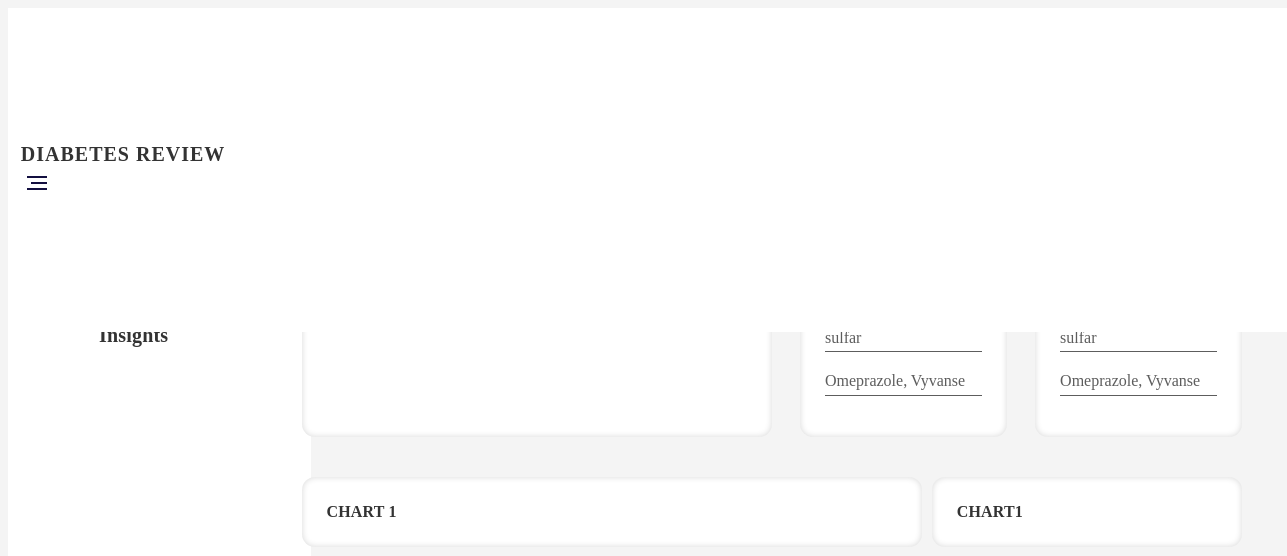
Repository: ariellecerini/clinical-reasoning
Page: /
The author's editor kept a copy of each file at every save. The page is drawn from the files as they stood at one save, then again after the next save.
The browser window is 1280 px wide. The page is 1287 px wide, so the pictures cover 1287 px, including what lies to the right of the window. The pictures show the whole page.
The project was rebuilt for these pictures with package versions that can differ from the ones it lists, and the page was loaded fresh each time.

Above is the page before, as saved 2021-07-19 00:14:33.

### src/App.vue
<template>

                <div class="page-container">
                    <div class="row">
                        <div class="col-3">
                        <side-panel v-bind="{showing: true, title: 'Diabetes Review'}" />
                        </div>
                        <div class="col-9 dashboard bodycontent">
                            <div class="row dashboard bodycontent top-bar" style="padding-bottom: 30px;">
                                <div>Patient: John Doe</div>
                                <div>Age: ##</div>
                                <div>Gender: ##</div>

                            </div>

                                <div class="row dashboard bodycontent" style="padding-bottom: 40px;">
                                    <div class="two-col">
                                        <profile-card :profile='data'/>
                                    </div>
                                     <div class="four-col">
                                        <info-module v-bind="{title: 'Chart 1', content: data}"/>
                                    </div>
                                     <div class="four-col">
                                        <info-module v-bind="{title: 'Chart 1', content: data}"/>
                                    </div>


                                </div>
                                <div class="row dashboard bodycontent">
                                    <div style="width: 66%; padding: 0;">
                                        <info-module v-bind="{title: 'Chart 1'}"/>
                                    </div>
                                    <div style="width: 33%;">
                                        <info-module v-bind="{title: 'Chart1'}"/>
                                    </div>
                                </div>
                        </div>
                    </div>
                </div>

</template>

<script>
import './stories/Dashboard/dashboard.css';
import './stories/style-tokens.css';
import SidePanel from './stories/Dashboard/Menu/SidePanel/SidePanel.vue'
import InfoModule from './stories/Dashboard/Components/InfoModule/InfoModule.vue';
import ProfileCard from './stories/Dashboard/Components/ProfileCard/ProfileCard.vue';
import './assets/bootstrap-4.1.3-dist/css/bootstrap-grid.min.css';
import profileData from "./assets/profileData.json";
import sampleData from "./assets/sampleData.json";

export default {
    name: "dashboard-layout",
    components: {
    InfoModule,
    SidePanel,
    ProfileCard
  },

    props:{
        title: String
    },
   data(){

        return{
            data: profileData,
            sample: sampleData
        }
      }

}
</script>

<style scoped>
.page-container{
    width: 100%;
    padding: 0;
    margin: 0;
    display:flexbox;
    justify-content: space-between;
}

.row.dashboard.bodycontent{
    width: 100%;
    display: flexbox;
    justify-content: space-between;

}
.col-9.dashboard.bodycontent{
    width: 100%;
    padding: 35px 30px 35px 0;

}
.two-col{
  width:50%;
}
.three-col{
    width: 33%;
}

.four-col{
    width: 22%;
}

iframe.sb-show-main.sb-main-padded{
    padding: 0 !important;
}
.card{
    width: 100%;
}

p{
  margin-top: 5px !important;
  margin-bottom: 5px !important;
}
</style>

### src/stories/Dashboard/dashboard.css
.card{
    background: var(--cardBackground) 0% 0% no-repeat padding-box;
    box-shadow: inset 0px 0px 6px #00000029;
    border-radius: 13px;
    width: 90%;
    height: 100%;
    padding: 25px;
    margin: auto;
}

h3.card-title.dashboard{
    text-align: left;
    font: normal normal bold 16px/20px IBM Plex Sans;
    letter-spacing: 0.18px;
    color: var(--black);
    text-transform: uppercase;
    opacity: 1;
    margin: 0;
}


.main-nav{
    position: fixed;
    z-index: 1;
    background: white;
}
.listItem{
    border-bottom: 1px solid var(--gray4);
    text-align: left;
    font: normal normal 400 16px/20px IBM Plex Sans;
    letter-spacing: 0px;
    color: #5D5D5D;
    opacity: 1;
    padding: 2% 0;
}

.main-nav{
    margin: 0;
}
.sidebar{
    /* display: none; */
display: inline-block;
position: fixed;
height: 90%;
padding-top: 10%;
}

### src/stories/Dashboard/Menu/SidePanel/SidePanel.vue
<template>


<div id="app">
 <nav class="main-nav">
     <div class="logo">
       {{ title }} <Burger></Burger>
     </div>

   </nav>
    <Sidebar class="sidebar menu navholder">

        <div class="menu-items">
            <menu-item @onClick="onClick" v-bind="{ active: true, hover: false, label: 'profile' }"/>
            <menu-item @onClick="onClick" v-bind="{ active: false, hover: false, label: 'summary' }"/>
            <menu-item @onClick="onClick" v-bind="{ active: false, hover: false, label: 'timeline' }"/>
            <menu-item @onClick="onClick" v-bind="{ active: false, hover: false, label: 'insights' }"/>
        </div>
   </Sidebar>



<!-- onclick function needs to be added
        set all 'active' props to false except for the menu item that was clicked
        switch the displayed info to the page that corresponds with the menu item
    -->

    </div>
</template>

<script>
import '../MenuItem/Menu.css';
import MenuItem from '../MenuItem/MenuItem.vue';
import Burger from '../MenuItem/Burger.vue';
import Sidebar from '../SidePanel/Sidebar.vue';
// import '../../../assets/normalize.css'

export default {
 name: 'side-panel',
  components: {
      MenuItem,
      Burger,
      Sidebar
      },
 props: {
     title: {
      type: String,
      required: true
    }
 }
}
</script>

<style scoped>
 .main-nav {
   display: flex;
   justify-content: space-between;
   padding: 0.5rem 0.8rem;
 }

 ul.sidebar-panel-nav {
   list-style-type: none;
 }

 ul.sidebar-panel-nav > li > a {
   color: #fff;
   text-decoration: none;
   font-size: 1.5rem;
   display: block;
   padding-bottom: 0.5em;
 }
</style>

### src/stories/Dashboard/Components/InfoModule/InfoModule.vue
<template>
  <Card class="card">
    <h3 class="card-title dashboard">{{title}}</h3>
    <div v-if= "contentType === 'ListTable'">
      <ListTable v-bind="{content: content}" />
      </div>
  </Card>
</template>

<script>
import '../../dashboard.css';
import Card from '../Card/Card.vue';
import ListTable from '../ListTable/ListTable.vue'
// import '../../../assets/normalize.css'

// import '../../../assets/style.css'

export default {
  name: 'info-module',
  components: { Card, ListTable },
  props: {
    title: {
      type: String,
      required: true,
      default: "Insert Title Here"
    },
    content: {
      type: Array,
      required: false

    },
    contentType:{
      type: String,
      required: true,
      default: 'ListTable'
    }
  },
};
</script>

### src/stories/Dashboard/Components/ProfileCard/ProfileCard.vue
<template>
  <Card class="card">
   <div class="profile-card">
       <div class="left-side">
            <div class="profile-image" style="width: 100%;">
                    <img src="../../../assets/place-holder.png" style="width: 100%;">
                </div>

            {{profile.name}}
        </div>

        <div class="right-side">
            <div v-for="(value, name) in profile" :key="value">
                <!-- <div v-for="newDataValue in newDataValues" :key="newDataValue"> -->
                 <div style="display: flex; justify-content: space-between;  font: normal normal 500 16px/20px IBM Plex Sans">
                    <div style="width: 45%;">
                        <p>
                          <strong>
                            {{name}}
                          </strong>
                        </p>
                    </div>
                    <div style="width: 45%; ">
                      <p>
                        {{value}}
                      </p>
                    </div>
                </div>
                    <!-- </div> -->
            </div>
        </div>
      </div>
  </Card>
</template>

<script>
import '../../dashboard.css';
import Card from '../Card/Card.vue';

// import '../../../assets/normalize.css'

// import '../../../assets/style.css'

export default {
  name: 'profile-card',
  components: { Card },
  props: {
    title: {
      type: String,
      required: true,
      default: "Insert Title Here"
    },
    profile:{
      type: Array,
      required: true
    },
    image:{
      type: String,
      required: false
          }
  }
};
</script>

<style scoped>
.profile-card{
  display: flex;
  justify-content: space-between;
}

p{
  margin-top: 5px;
  margin-bottom: 5px;
  text-transform: capitalize;
}
.left-side{
  width: 30%;
}
</style>

### src/stories/Dashboard/Menu/MenuItem/Menu.css
.sb-show-main.sb-main-padded{
    background: #fafafa;

}
.nav-item {
    box-shadow: none;
    padding-top: 15px;
    padding-bottom: 15px;
    padding-left: 10%;
    margin-left: auto;
    width: 80%;
    text-align: left;
    text-transform:capitalize;
    font: normal normal 600 20px/27px IBM Plex Sans;
    letter-spacing: 0.2px;
    color: var(--black);
    border-radius: 0;
}

.nav-item.nav-item-hover{
    background-color: var(--gray1);
    border-radius: 13px 0px 0px 13px;
}

.nav-item:hover{
    background-color: var(--appBgColor);
    border-radius: 13px 0px 0px 13px;
}
.nav-item.nav-item-active {
    box-shadow: inset 4px 0px 5px #00000029;
    border-radius: 13px 0px 0px 13px;
    background-color: var(--appBgColor);

   }

/* 'nav-item--active': this.active,
'nav-item--rounded': this.rounded, */

.sidebar.menu.navholder{
    background: #FFFFFF 0% 0% no-repeat padding-box;
    /* box-shadow: inset 0px 3px 10px #00000029; */
    opacity: 1;
    width: 100%;
    height: 100vh;
    justify-content: flex-start;
    max-width: 303px;
    display: flex;
    position: fixed;
    flex-direction: column;
    padding-bottom: 10%;
}

.site-title{
    margin-top: 10%;
    margin-bottom: 10%;
    text-align: center;
    font: normal normal 600 20px/27px IBM Plex Sans;
    letter-spacing: 1px;
    color: #333333;
    text-transform: uppercase;
    opacity: 1;
}

.logo{
    margin-top: 10%;
    margin-bottom: 10%;
    text-align: center;
    font: normal normal 600 20px/27px IBM Plex Sans;
    letter-spacing: 1px;
    color: #333333;
    text-transform: uppercase;
    opacity: 1;
}

.main-nav{
    /* background-color: var(--menuBackground); */
    position: fixed;
    width: 100%;
}

### src/stories/Dashboard/Menu/MenuItem/MenuItem.vue
<template>
  <div :class="classes" @click="onClick">{{ label }}</div>
</template>

<script>
import './Menu.css';
import '../../../assets/style.css'
// import '../../../assets/normalize.css'

export default {
  name: 'menu-item',

  props: {
    label: {
      type: String,
      required: true,
    },
    active:{
      type: Boolean,
      default: true
    },
    hover: {
      type: Boolean,
      default: false,
    },

  },

  computed: {
    classes() {
      return {
        'nav-item': true,
        'nav-item-active': this.active,
        'nav-item-hover': this.hover
      };
    },

  },

  methods: {
    onClick() {
      this.$emit('onClick');
    },
  },
};
</script>

### src/stories/Dashboard/Menu/MenuItem/Burger.vue
<template>
    <div id="burger"
         :class="{ 'active' : isBurgerActive }"
         @click.prevent="toggle">
        <slot>
            <button type="button" class="burger-button" title="Menu">
                <span class="burger-bar burger-bar--1"></span>
                <span class="burger-bar burger-bar--2"></span>
                <span class="burger-bar burger-bar--3"></span>
            </button>
        </slot>
    </div>
</template>
<script>
    export default {
        data: () => ({
            isBurgerActive: false
        }),
        methods: {
            toggle() {
                this.isBurgerActive = !this.isBurgerActive
            }
        }
    }
</script>
<style>
   .hidden {
        visibility: hidden;
    }

    button {
        cursor: pointer;
    }

    /* remove blue outline */
    button:focus {
        outline: 0;
    }

    .burger-button {
        position: relative;
        height: 30px;
        width: 32px;
        display: block;
        z-index: 999;
        border: 0;
        border-radius: 0;
        background-color: transparent;
        pointer-events: all;
        transition: transform .6s cubic-bezier(.165,.84,.44,1);
    }

    .burger-bar {
        background-color: #130f40;
        position: absolute;
        top: 50%;
        right: 6px;
        left: 6px;
        height: 2px;
        width: auto;
        margin-top: -1px;
        transition: transform .6s cubic-bezier(.165,.84,.44,1),opacity .3s cubic-bezier(.165,.84,.44,1),background-color .6s cubic-bezier(.165,.84,.44,1);
    }

    .burger-bar--1 {
        -webkit-transform: translateY(-6px);
        transform: translateY(-6px);
    }

    .burger-bar--2 {
        transform-origin: 100% 50%;
        transform: scaleX(.8);
    }

    .burger-button:hover .burger-bar--2 {
        transform: scaleX(1);
    }

    .no-touchevents .burger-bar--2:hover {
        transform: scaleX(1);
    }

    .burger-bar--3 {
        transform: translateY(6px);
    }

    #burger.active .burger-button {
        transform: rotate(-180deg);
    }

    #burger.active .burger-bar {
        background-color: #fff;
    }

    #burger.active .burger-bar--1 {
        transform: rotate(45deg)
    }

    #burger.active .burger-bar--2 {
        opacity: 0;
    }

    #burger.active .burger-bar--3 {
        transform: rotate(-45deg)
    }
</style>

### src/stories/Dashboard/Menu/SidePanel/Sidebar.vue
<template>
    <div class="sidebar">
        <div class="sidebar-backdrop" @click="closeSidebarPanel" v-if="isPanelOpen"></div>
        <transition name="slide">
            <div v-if="isPanelOpen"
                 class="sidebar-panel">
                <slot></slot>
            </div>
        </transition>
    </div>
</template>
<script>
    export default {
        data: () => ({
            isPanelOpen: true
        }),
        methods: {
            closeSidebarPanel() {
                this.isPanelOpen = false
            }
        }
    }
</script>

### src/stories/Dashboard/Components/Card/Card.vue
<template>
  <div class="card"><slot/></div>
</template>

<script>
import '../../dashboard.css'
// import '../../../assets/normalize.css'

// import '../../../assets/style.css'

export default {
  name: 'card',

  props: {
    content: {
      type: Array,
      required: true,
    }
  },
};
</script>

### src/stories/Dashboard/Components/ListTable/ListTable.vue
<template>
  <div class="listTable" v-for="item in content" :key="item">
    <ListItem v-bind="{ entry: item }" />
  </div>
</template>

<script>
import '../../dashboard.css';
// import '../../../assets/style.css'
import ListItem from '../ListItem/ListItem.vue'
// import '../../../assets/normalize.css'

export default {
  name: 'list-table',
  components: { ListItem },
  props: {
    entry: {
      type: String,
      required: true,
    },
    content: {
      type: Array,
      required: false
    }
  },
  computed: {
    info() {
      return {
        'this.entry': true
      };
    },
  }
};
</script>

### src/stories/assets/style.css

:root {
    /*color for UI*/
    --dkOrange: #ef6a42;
    --orange: #ffeed6;
    --ltOrange: #fdf4e7;
    --dkTeal: #115f6c;
    --teal: #d7f4f5;
    --ltTeal: #edfeff;
    --dkBlue: #2f3b51;
    --blue: #dbe6f8;
    --ltBlue: #fafafa;
    --gray1: #f4f4f4;
    --gray2: #d8d8d8;
    --gray3: #727272;
    --gray4: #5d5d5d;
    --black: #333333;
    --white: #fff;

    /*background-colors*/
    --windowbgColor: #f4f4f4;
    --appBgColor: var(--gray1);

    /*text colors*/
    --bodyCopy: var(--black);
    --headLineCopy: var(--black);
    --headLineCopyLt: var(--white);

    /*conditional colors*/
    --suggestionDark: var(--dkOrange);
    --suggestionLight: var(--ltOrange);
    --adherenceDark: var(--dkTeal);
    --adherenceLight: var(--ltTeal);

    /*container sizes*/
    --deviceContainer: 420px;

    /*border styling*/
    --borderRadius: 5pt;

    /*object shadow styling*/
    --shadowStyleOne: 0 1pt 2pt #00000014;
    --shadowStyleTwo: 0 0 3px #00000029;
    --shadowStyleThree: 0 0 3px #00000016;
    --shadowStyleFour: 0 0.125rem 0.5rem rgb(0 0 0 / 10%),
      0 0.0625rem 0.125rem rgb(0 0 0 / 6%);
    --shadowStyleFive: 3pt 3pt 8pt #0000000a;
    --shadowStyleSix: 0pt 1pt 2pt #0000000a;

    /*navbar*/
    --navLinkColor: var(--black);
    --navOpenBgColor: var(--gray1);
    --navBannerBgColor: var(--white);

    /*font-specifications*/
    --baseFontSize: 12pt;
    --fontFamily: "IBM Plex Sans", sans-serif;

    /*card styling*/
    --cardShadow: 0 3pt 6pt #00000029;
    --cardBackground: var(--white);

    /*multi-view slider*/
    --btmPadding: 4%;

    /*with image*/
    --spaceBtwnImage: 5%;

    /*without image*/
    --spaceBtwnNImage: 6%;

    /*single view slider*/
    --cardBorderRadius: 10pt;

    /*menu styling*/
    --menuBackground: var(--white);
    --sidePanelBackground: var(--white);
  }

body{
    background: var(--appBgColor);
}

.navitem .bg-primary .rounded .navitem-active{

    background-color: var(--appBgColor);
    box-shadow: inset 4px 0px 5px #00000029;
    border-radius: 13px 0px 0px 13px;
}

p{
  font-weight: 300;
}


/* .menu-item{

    background-color: var(--appBgColor);
    box-shadow: inset 4px 0px 5px #00000029;
    border-radius: 13px 0px 0px 13px;
} */

### src/stories/Dashboard/Components/ListItem/ListItem.vue
<template>
  <div>
    <p class="listItem">{{entry}}</p>
  </div>
</template>

<script>
import '../../dashboard.css';
// import '../../../assets/normalize.css'

// import '../../../assets/style.css'

export default {
  name: 'list-item',
  props: {
    entry: {
      type: String,
      required: true,
      default: "Insert Line Item Here"
    }
  },
};
</script>

Loaded but not shown: public/index.html (common file); src/main.js (common file); src/assets/bootstrap-4.1.3-dist/css/bootstrap-grid.min.css (library); src/assets/sampleData.json (28 lines, source omitted); src/assets/profileData.json (8 lines, source omitted); src/stories/style-tokens.css (305 lines, source omitted)

After the next save:
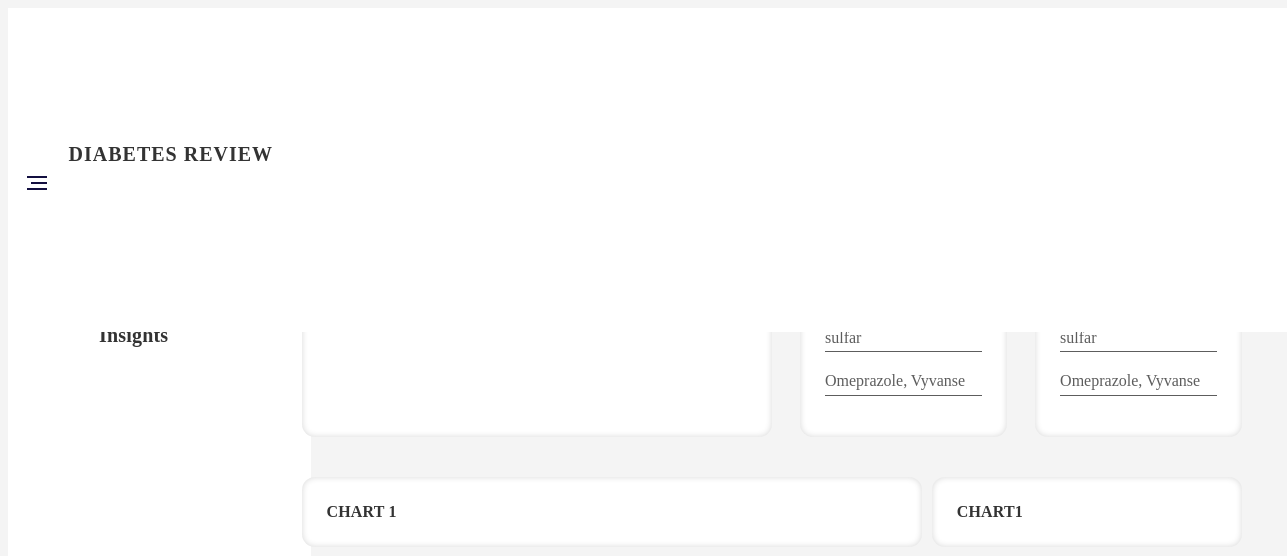
Saved 4 min 43 s later.
--- a/src/stories/Dashboard/Menu/MenuItem/Menu.css
+++ b/src/stories/Dashboard/Menu/MenuItem/Menu.css
@@ -70,6 +70,10 @@
     color: #333333;
     text-transform: uppercase;
     opacity: 1;
+    width: 100%;
+    z-index: 1000;
+    max-width: 300px;
+
 }
 
 .main-nav{

After the save that followed:
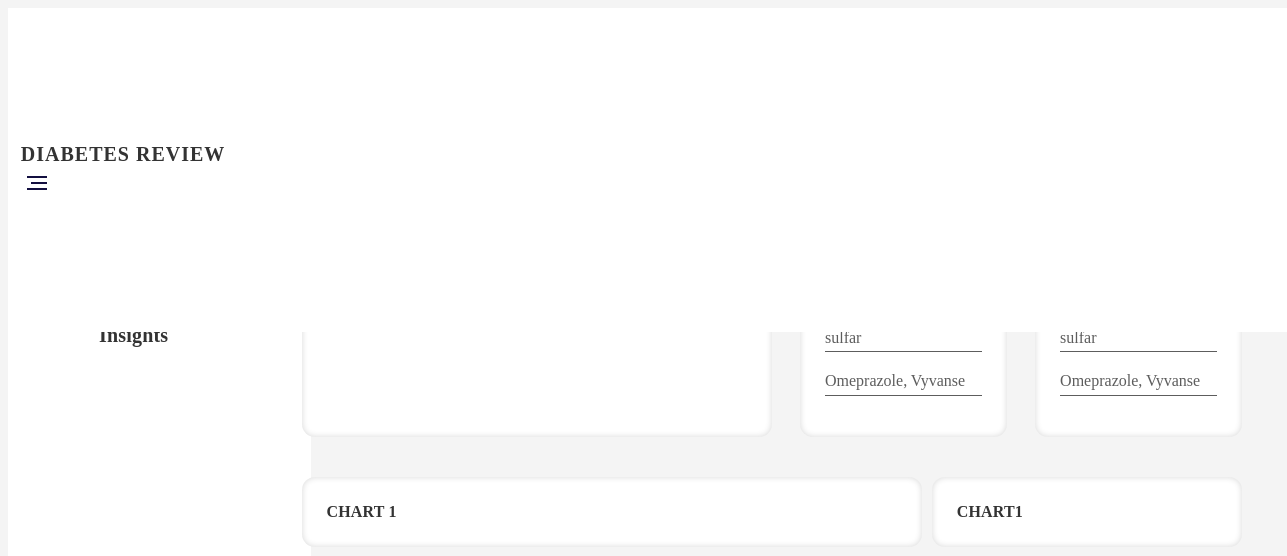
Saved 12 s later.
--- a/src/stories/Dashboard/Menu/MenuItem/Menu.css
+++ b/src/stories/Dashboard/Menu/MenuItem/Menu.css
@@ -70,9 +70,6 @@
     color: #333333;
     text-transform: uppercase;
     opacity: 1;
-    width: 100%;
-    z-index: 1000;
-    max-width: 300px;
 
 }
 
